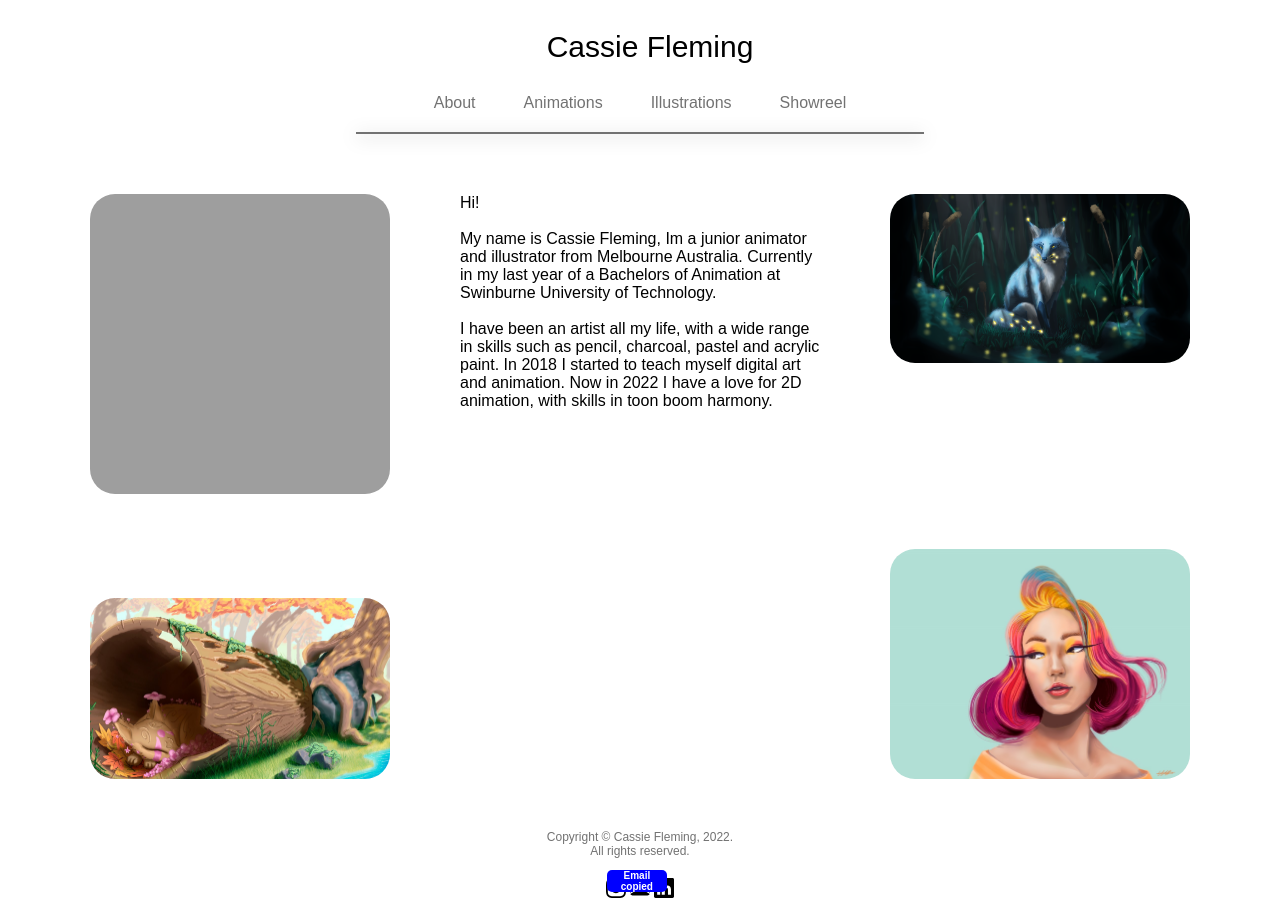
Repository: David-Waite/Cassie-Fleming-portfolio
Page: /
An editor plug-in stored every save of this project. The page is shown before and after the next save, followed by the edit.
The browser window is 1280 px wide. The pictures show the whole page.
Pictures or frames that could not be fetched are drawn as grey boxes. Some web fonts or font styles are not loaded; a fallback is used. The project was rebuilt for these pictures with package versions that can differ from the ones it lists, and the page was loaded fresh each time. The framework's server and built-in components were replaced by stand-ins that run in the browser. Also part of the build but not shown: next.config.js.

Above is the page before, as saved 2022-09-11 17:55:04.

### pages/index.js
import Head from "next/head";
import Image from "next/image";
import styles from "../styles/Home.module.css";

export default function Home() {
  return (
    <div className={styles.layout}>
      <div className={`${styles.photoContainer} ${styles.photoContainerLeft}`}>
        <div>
          <Image
            className={styles.photo}
            src="/Cassie.png"
            height={3024}
            width={3024}
            alt="Photo of me, Cassie Fleming"
          />
        </div>
        <div className={styles.photo}>
          <Image
            className={styles.photo}
            src="/cherry blossom.2.jpg"
            height={725}
            width={1200}
            alt="Cherry Blossom covered fox, taking a nap in a hollowed tree log, by the river"
          />
        </div>
      </div>

      <div className={styles.aboutText}>
        Hi!
        <br />
        <br />
        My name is Cassie Fleming, Im a junior animator and illustrator from
        Melbourne Australia. Currently in my last year of a Bachelors of
        Animation at Swinburne University of Technology.
        <br />
        <br /> I have been an artist all my life, with a wide range in skills
        such as pencil, charcoal, pastel and acrylic paint. In 2018 I started to
        teach myself digital art and animation. Now in 2022 I have a love for 2D
        animation, with skills in toon boom harmony.
      </div>
      <div className={styles.photoContainer}>
        <div className={styles.photo}>
          <Image
            className={styles.photo}
            src="/fox.png"
            height={1080}
            width={1920}
            alt="glowing fox"
          />
        </div>
        <div className={styles.photo}>
          <Image
            className={styles.photo}
            src="/Inkedhuman.jpg"
            height={930}
            width={1211}
            alt="girl with cool hair a swaggie eyes"
          />
        </div>
      </div>
    </div>
  );
}

### components/Layout.js
import Link from "next/link";
import React, { useState } from "react";
import { Instagram, Linkedin, EnvelopeFill } from "react-bootstrap-icons";

export default function Layout({ children }) {
  const [navClass, setNavClass] = useState("");

  function toggleNav() {
    setNavClass((navClass) => {
      return navClass === "change" ? "" : "change";
    });
  }

  return (
    <div className={`layout ${navClass}`}>
      <header className="header">
        <h1>
          <Link href="/">
            <a>Cassie Fleming</a>
          </Link>
        </h1>

        <div className="navbar-icon" onClick={toggleNav}>
          <div className="bar1"></div>
          <div className="bar2"></div>
          <div className="bar3"></div>
        </div>

        <nav>
          <Link href="/">
            <a>About</a>
          </Link>
          <Link href="/">
            <a>Animations</a>
          </Link>
          <Link href="/">
            <a>Illustrations</a>
          </Link>
          <Link href="/">
            <a>Showreel</a>
          </Link>
        </nav>
      </header>
      <div className="navbar-line"></div>

      {children}
      <footer>
        <span className="email-popup">Email copied</span>
        <p>Copyright &copy; Cassie Fleming, 2022.</p>
        <p>All rights reserved.</p>
        <div className="social">
          <span>
            <Link href="https://www.instagram.com/cass_illustrations/">
              <a target="_blank">
                <Instagram />
              </a>
            </Link>
          </span>
          <div
            className="email"
            onClick={() => {
              navigator.clipboard.writeText("cassie.fleming2000@gmail.com");
            }}
          >
            <EnvelopeFill />
          </div>
          <span>
            <Link href="http://www.linkedin.com/in/cassie-fleming-500a56204">
              <a target="_blank">
                <Linkedin />
              </a>
            </Link>
          </span>
        </div>
      </footer>
    </div>
  );
}

### styles/globals.css
@import url("https://fonts.googleapis.com/css2?family=Zen+Maru+Gothic:wght@300;400;500;700&display=swap");

* {
  font-family: "Zen Maru Gothic", sans-serif;
  box-sizing: border-box;
  margin: 0;
  padding: 0;
}

.layout {
  margin: 30px 30px 0;
  display: flex;
  flex-direction: column;
  align-items: center;
  position: relative;
  min-height: calc(100vh - 30px);

  padding-bottom: 140px;
  text-align: center;
}

h1 {
  font-weight: 400;
  font-size: 30px;
  margin-bottom: 30px;
  margin-left: 20px;
}

a:hover {
  color: black;
}

a {
  text-decoration: none;
  color: black;
}
.hover {
  color: red;
}
nav a {
  color: #727272;
  margin: 24px;
  font-size: 16px;
}
.navbar-line {
  width: 568px;
  box-shadow: rgba(0, 0, 0, 0.35) 0px 3px 17px;
  margin: 20px 0 60px;
  border: #727272 solid 1px;
}
footer {
  position: absolute;
  bottom: 0px;
  font-size: 12px;
  color: #727272;
}
/* navBar icon */
.navbar-icon {
  display: none;
  cursor: pointer;
  margin-right: 20px;
}

.bar1,
.bar2,
.bar3 {
  width: 20px;
  height: 3px;
  background-color: #727272;
  margin: 4px 0;
  transition: 0.4s;
  border-radius: 5px;
}

.change .bar1 {
  transform: translate(0, 7px) rotate(-45deg);
}

.change .bar2 {
  opacity: 0;
}

.change .bar3 {
  transform: translate(0, -7px) rotate(45deg);
}

.social {
  display: flex;
  justify-content: center;
  padding: 20px;
}
.social span {
  color: black;
  margin: 0 4px;
  cursor: pointer;
  font-size: 20px;
}

.email {
  position: relative;
  font-size: 20px;
  color: black;
}
.email-popup {
  position: absolute;
  font-size: 10px;
  font-weight: 600;
  padding: 10px;

  width: 60px;
  left: 60px;
  top: 40px;
  background-color: blue;
  color: #ffffff;
  padding: 0;
  border-radius: 5px;
  z-index: 1;
}

@media (max-width: 810px) {
  .layout {
    margin: 20px 20px 0;
  }
  header {
    position: relative;
    display: flex;
    align-items: center;
    justify-content: space-between;
    width: 100vw;
  }
  .navbar-icon {
    display: inline-block;
  }
  h1 {
    font-size: 20px;
    margin-bottom: 0;
  }

  nav {
    position: absolute;
    top: 50px;
    display: flex;
    flex-direction: column;
    width: 100vw;
    height: 0px;
    transition: 0.5s;
    z-index: 1;
    background-color: white;
    overflow: hidden;
  }
  nav a {
    display: flex;
    justify-content: center;
    align-items: center;
    margin: 0;
    height: 50px;
  }
  .change nav {
    height: 100vh;
  }
  a:hover {
    background-color: #c4c3c3;
  }

  .navbar-line {
    width: 100vw;
  }
  .change .layout {
    margin-top: 20px;
  }
}

### styles/Home.module.css
.layout {
  display: grid;
  grid-template-columns: 1fr 1fr 1fr;
  gap: 70px;
}

.aboutText {
  max-width: 600px;
  min-width: 300px;
  text-align: start;
}

.photoContainer {
  display: flex;
  flex-direction: column;
  justify-content: space-between;
  max-width: 300px;
  gap: 100px;
}

.photoContainerLeft {
  margin-left: auto;
}
.photo {
  border-radius: 25px;
}
.profile {
  display: none;
}

@media (max-width: 1000px) {
  .layout {
    gap: 20px;
  }
}
@media (max-width: 810px) {
  .layout {
    display: inline;
  }
  .photo {
    display: none;
  }
  .photoContainerLeft {
    margin: 0 auto 30px;
    max-width: 400px;
  }
  .aboutText {
    max-width: 400px;
  }
}

Loaded but not shown: pages/_app.js (common file)

After the next save:
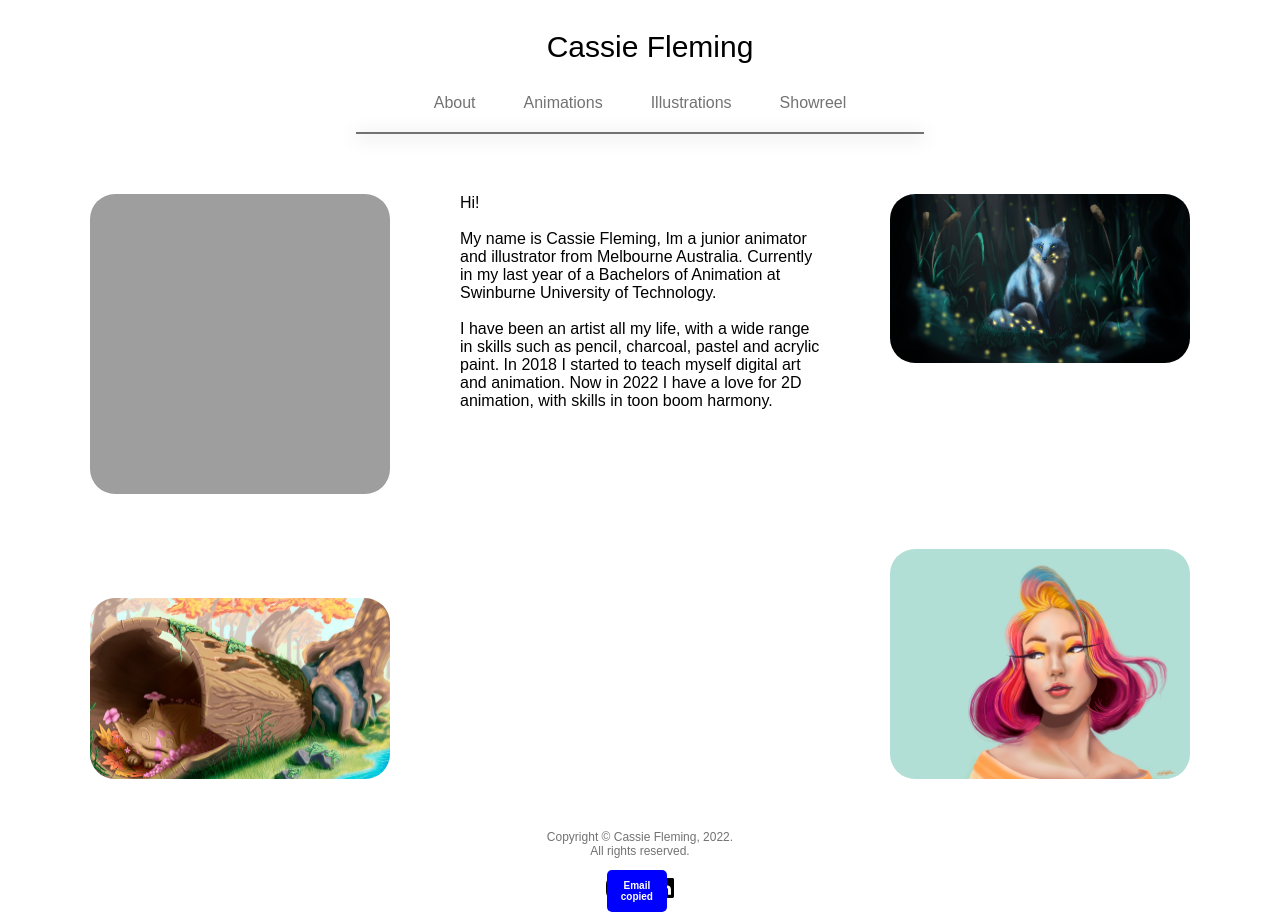
Saved 13 s later.
--- a/styles/globals.css
+++ b/styles/globals.css
@@ -106,13 +106,12 @@
   font-size: 10px;
   font-weight: 600;
   padding: 10px;
-
   width: 60px;
   left: 60px;
   top: 40px;
   background-color: blue;
   color: #ffffff;
-  padding: 0;
+
   border-radius: 5px;
   z-index: 1;
 }

After the 2 saves that followed:
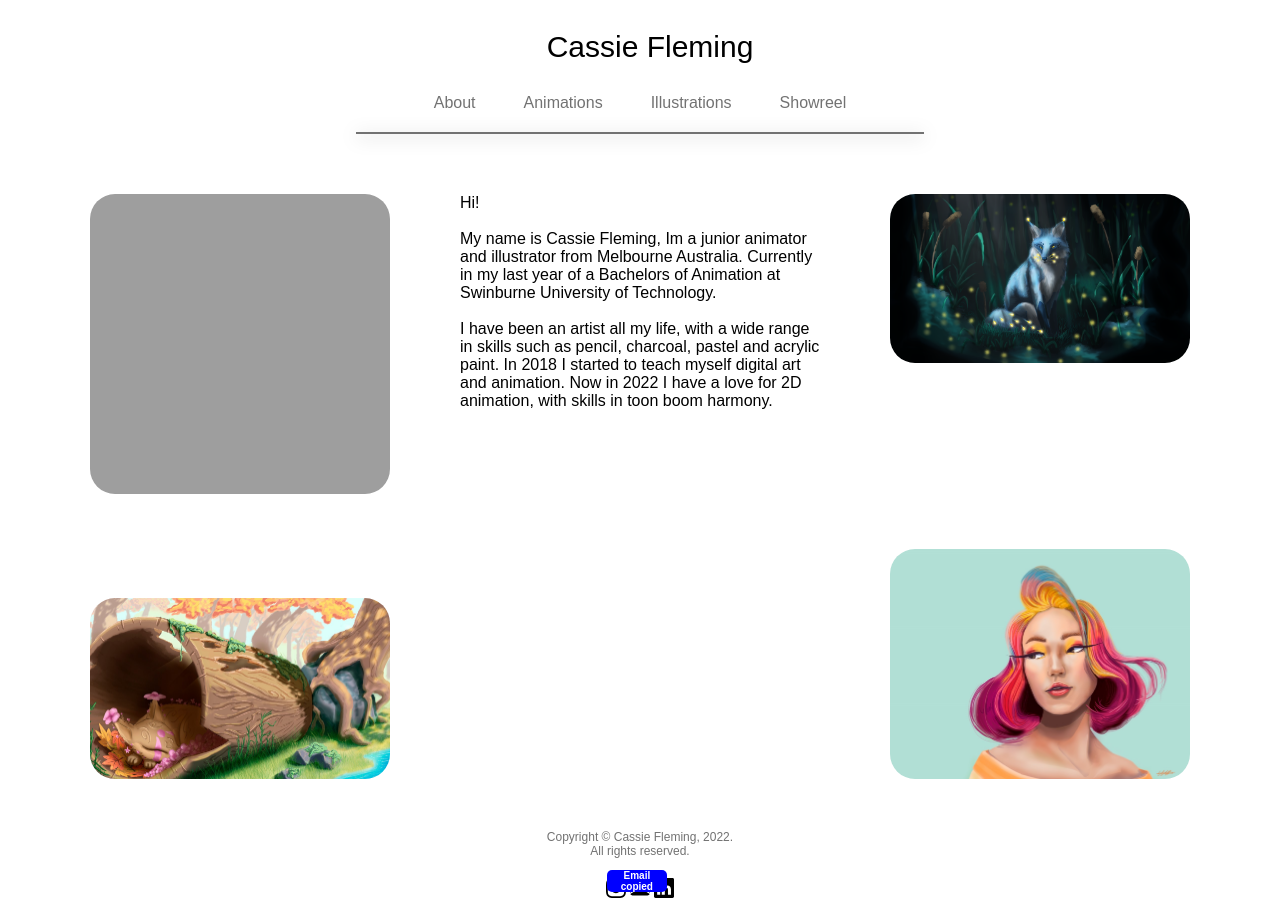
The 2 saves are shown as one change because they came seconds apart.
The last was saved 10 s later.
--- a/styles/globals.css
+++ b/styles/globals.css
@@ -105,7 +105,7 @@
   position: absolute;
   font-size: 10px;
   font-weight: 600;
-  padding: 10px;
+  padding: 0 10px;
   width: 60px;
   left: 60px;
   top: 40px;
